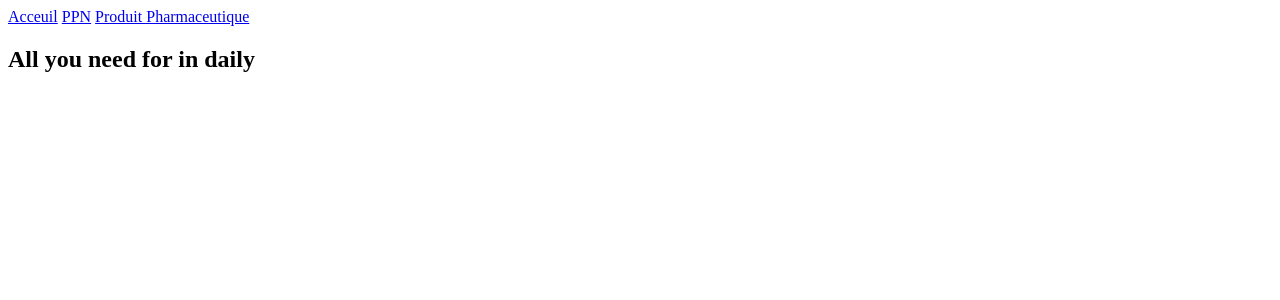
Repository: Anjara-Safidy/e_shop
Page: ppn.html
The author's editor kept a copy of each file at every save. The page is drawn from the files as they stood at one save, then again after the next save.
The browser window is 1280 px wide. The pictures show the whole page.

Above is the page before, as saved 2025-12-15 10:12:24.

### ppn.html
<!DOCTYPE html>
<html lang="en">
<head>
    <meta charset="UTF-8">
    <meta name="viewport" content="width=device-width, initial-scale=1.0">
    <title>PPN</title>
</head>
<body>
     <nav>
        <a href="index.html">Acceuil</a>
        <a href="ppn.html">PPN</a>
        <a href="pharmacie.html">Produit Pharmaceutique</a>
    </nav>
    <section>
        <h1>All you need for in daily</h1>
    </section>
</body>
</html>

After the next save:
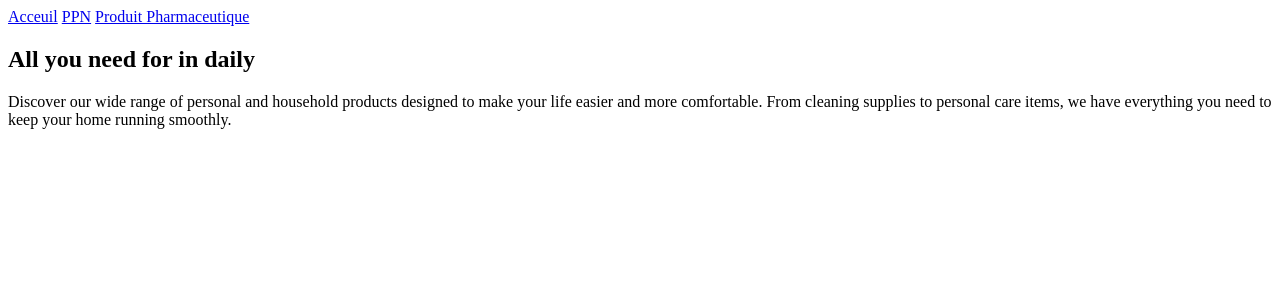
Saved 37 s later.
--- a/ppn.html
+++ b/ppn.html
@@ -13,6 +13,7 @@
     </nav>
     <section>
         <h1>All you need for in daily</h1>
+        <p>Discover our wide range of personal and household products designed to make your life easier and more comfortable. From cleaning supplies to personal care items, we have everything you need to keep your home running smoothly.</p>
     </section>
 </body>
 </html>
